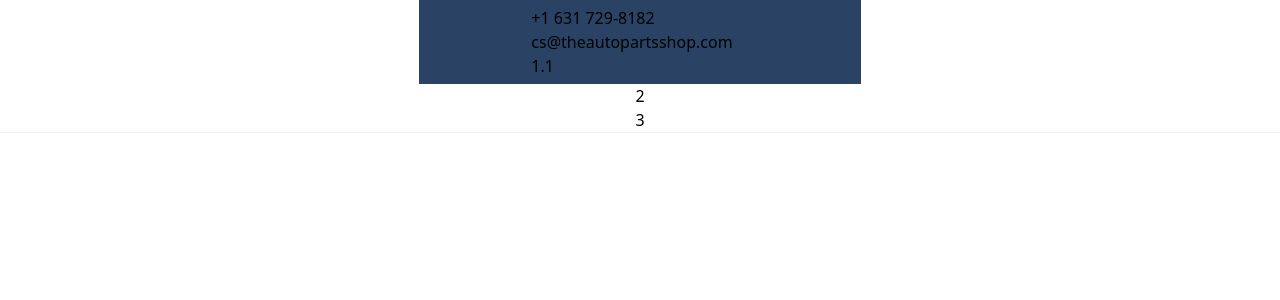
Repository: robindhimanspineor/TAPS-Next
Page: /
An editor plug-in stored every save of this project. The page is shown before and after the next save, followed by the edit.
The browser window is 1280 px wide. The pictures show the whole page.
The project was rebuilt for these pictures with package versions that can differ from the ones it lists, and the page was loaded fresh each time. The framework's server and built-in components were replaced by stand-ins that run in the browser. Also part of the build but not shown: next.config.js.

Above is the page before, as saved 2021-09-16 14:34:55.

### src/pages/index.tsx
// import { useRouter } from 'next/router';

// import { Meta } from '../layout/Meta';
// import { Main } from '../templates/Main';
import Header from '../components/common/header';

const Index = () => {
  // const router = useRouter();

  return (
    // <Main
    //   meta={
    //     <Meta
    //       title="Next.js Boilerplate Presentation"
    //       description="Next js Boilerplate is the perfect starter code for your project. Build your React application with the Next.js framework."
    //     />
    //   }
    // >
    // </Main>
    <div>
      <main className="main-container block">
        <Header />
      </main>
    </div>
  );
};

export default Index;

### src/components/common/header/index.js
const Header = () => {
  return (
    <header className="flex flex-col items-center justify-center w-full static border-b z-50">
      <div className="head-top just-between py-1.5 pr-32 pl-28 bg-blue-900">
        <div className="head-top-left">
          <div className="head-top phone">
            <span></span>
            +1 631 729-8182
          </div>
          <div className="heap-top email">
            <span></span>
            cs@theautopartsshop.com
          </div>
        </div>
        <div>1.1</div>
      </div>
      <div>2</div>
      <div>3</div>
    </header>
  );
};

export default Header;

Loaded but not shown: src/pages/_app.tsx (common file); src/pages/_document.tsx (common file); src/styles/main.css (common file); src/utils/AppConfig.ts (common file); tailwind.config.js (common file)

After the next save:
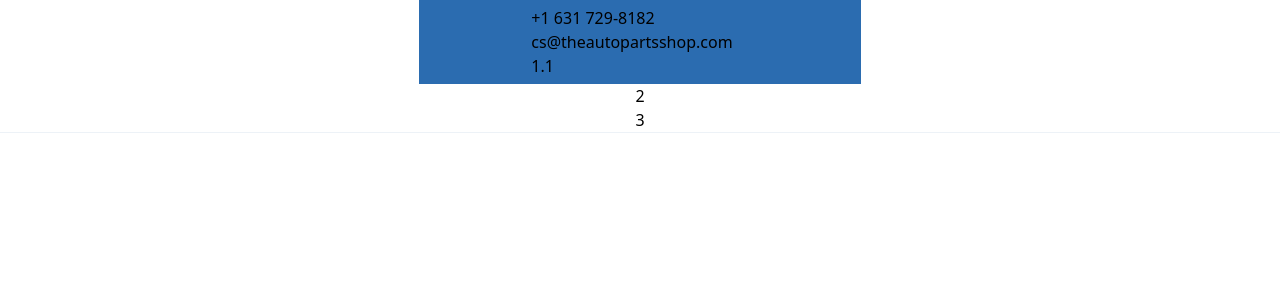
Saved 11 s later.
--- a/src/components/common/header/index.js
+++ b/src/components/common/header/index.js
@@ -1,7 +1,7 @@
 const Header = () => {
   return (
     <header className="flex flex-col items-center justify-center w-full static border-b z-50">
-      <div className="head-top just-between py-1.5 pr-32 pl-28 bg-blue-900">
+      <div className="head-top just-between py-1.5 pr-32 pl-28 bg-blue-700">
         <div className="head-top-left">
           <div className="head-top phone">
             <span></span>
